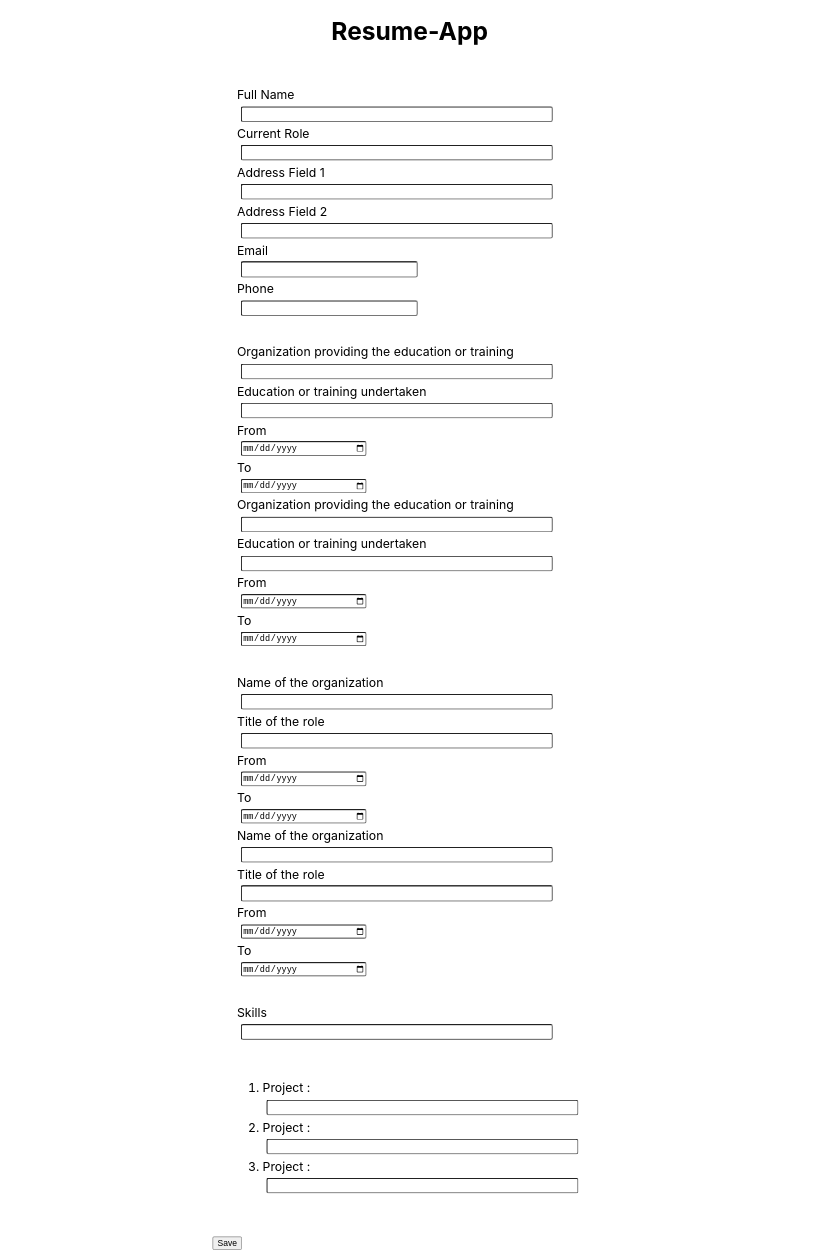
Repository: 0101chaitanya/resume-app
Page: /
An editor plug-in stored every save of this project. The page is shown before and after a run of saves, followed by the edit.
The browser window is 1280 px wide. The pictures show the whole page, at 64% of full size.
The project was rebuilt for these pictures with package versions that can differ from the ones it lists, and the page was loaded fresh each time.

Above is the page before, as saved 2021-07-28 15:45:42.

After the next 2 saves:
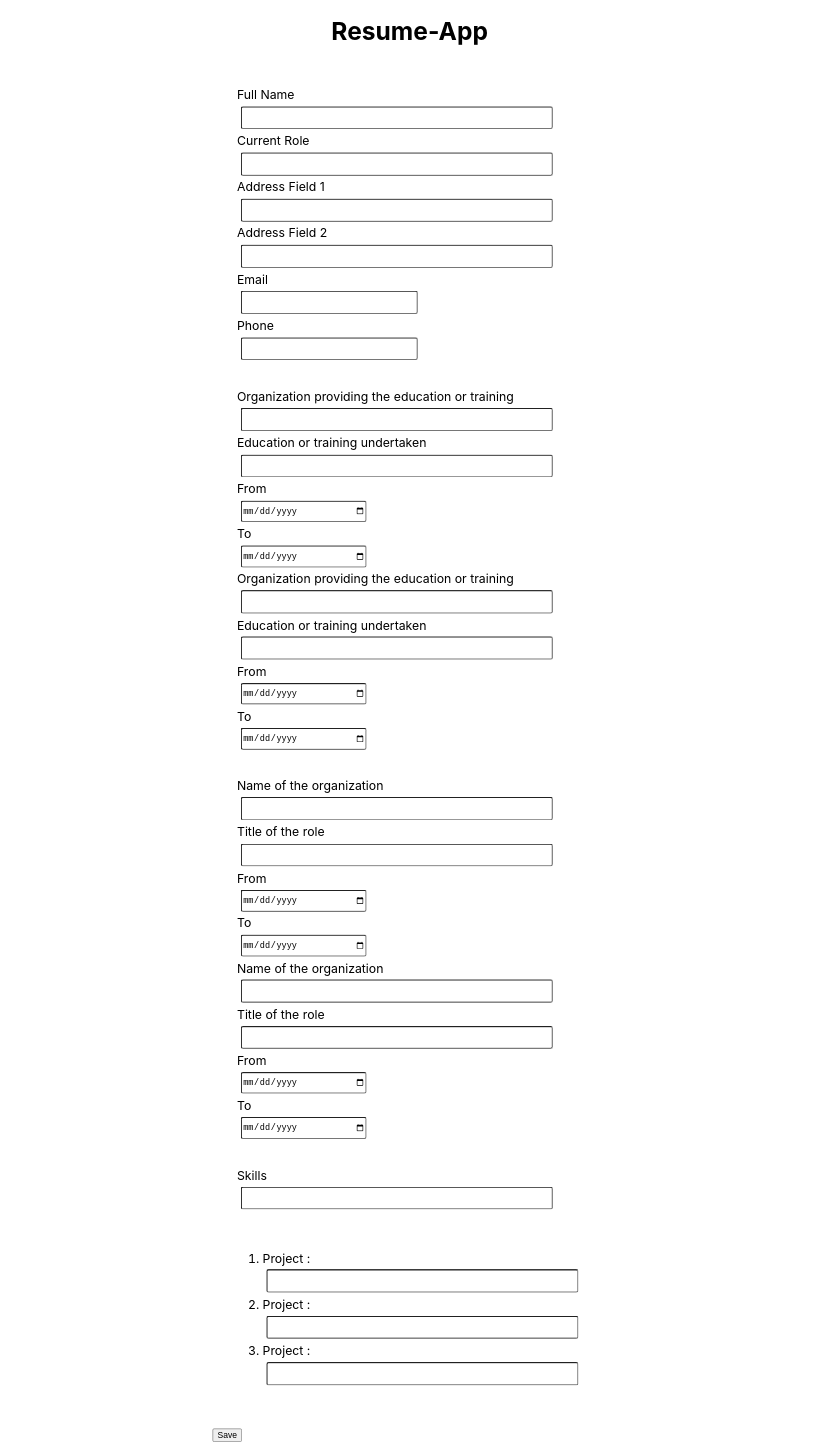
The 2 saves are shown as one change because they came seconds apart.
The last was saved 10 s later.
--- a/src/App.css
+++ b/src/App.css
@@ -3,7 +3,7 @@ html {
 }
 input {
   border-radius: 0.2rem;
-  height: 1rem;
+  height: 1.6rem;
 }
 .app {
   margin: auto;
